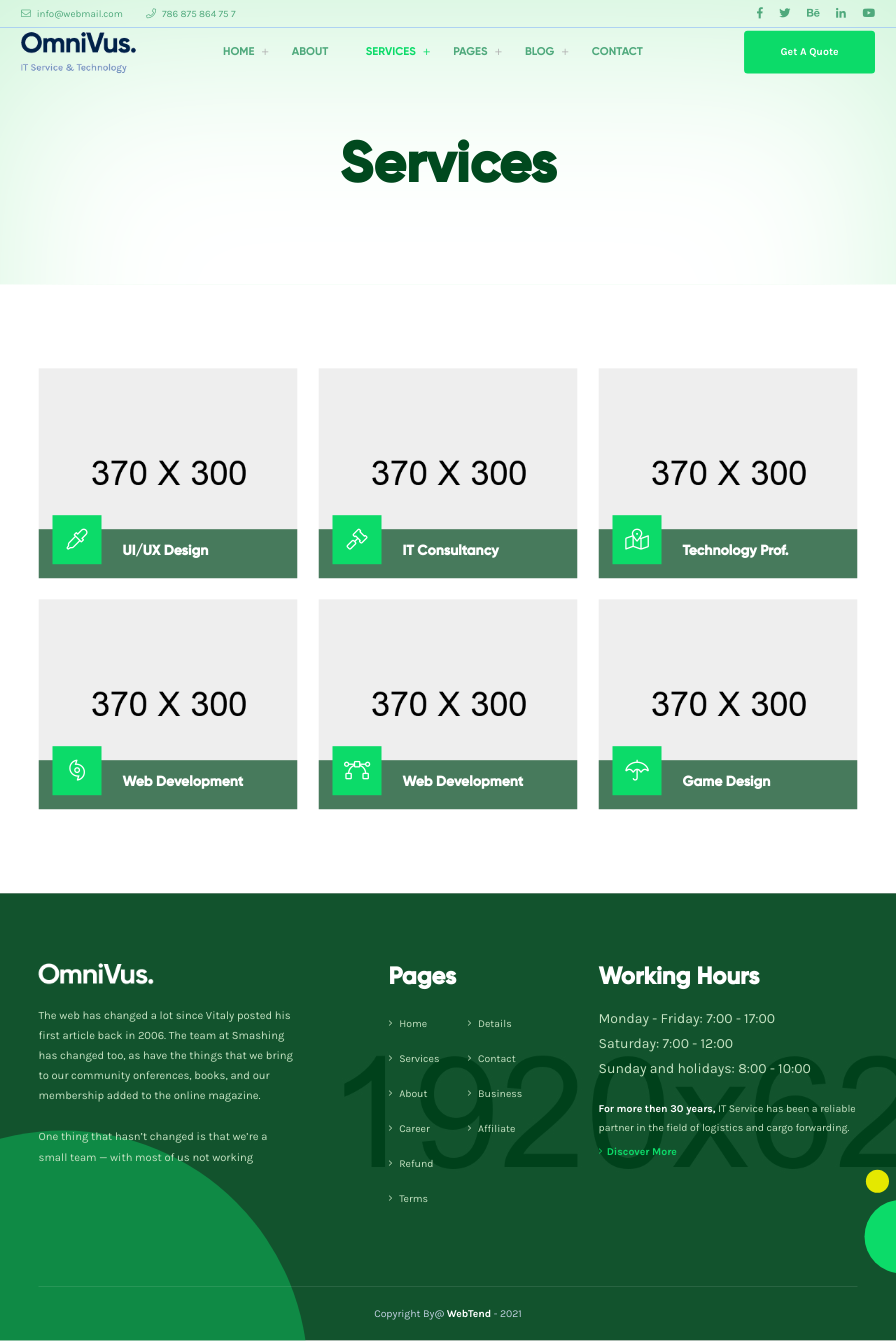
Repository: ziadmoh/alrehab-organic
Page: products.html
The author's editor kept a copy of each file at every save. The page is drawn from the files as they stood at one save, then again after the next save.
The browser window is 1280 px wide. The pictures show the whole page, at 70% of full size.
The style sheet was rebuilt from its Sass, Less or Tailwind sources for each picture, by a compiler version that may differ from the author's.

Above is the page before, as saved 2023-09-26 11:56:03.

After the next save:
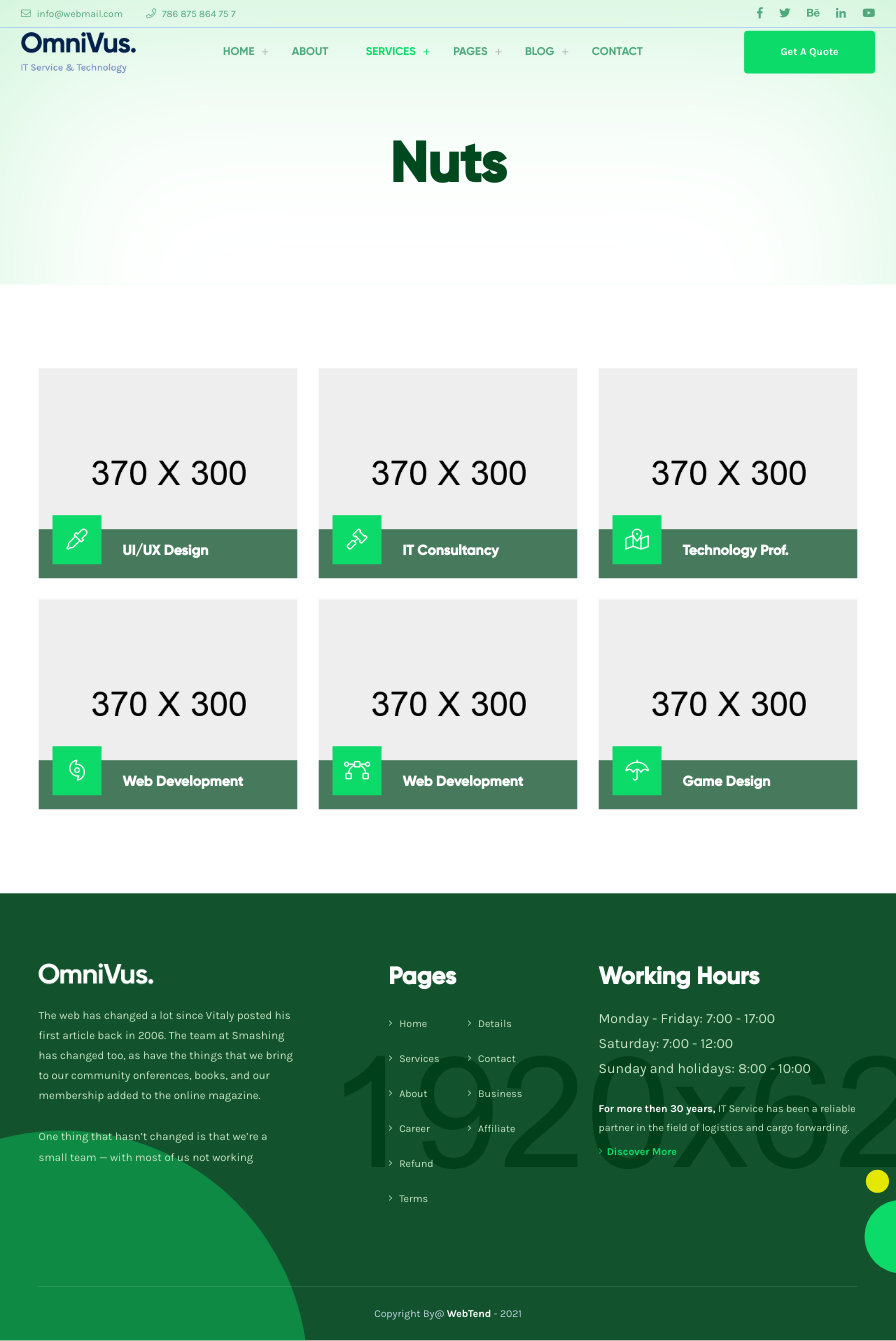
Saved 52 s later.
--- a/products.html
+++ b/products.html
@@ -152,7 +152,7 @@
     <!--====== Page Title start ======-->
     <section class="page-title-area">
         <div class="container">
-            <h2 class="title">Services</h2>
+            <h2 class="title">Nuts</h2>
         </div>
     </section>
     <!--====== Page Title End ======-->
